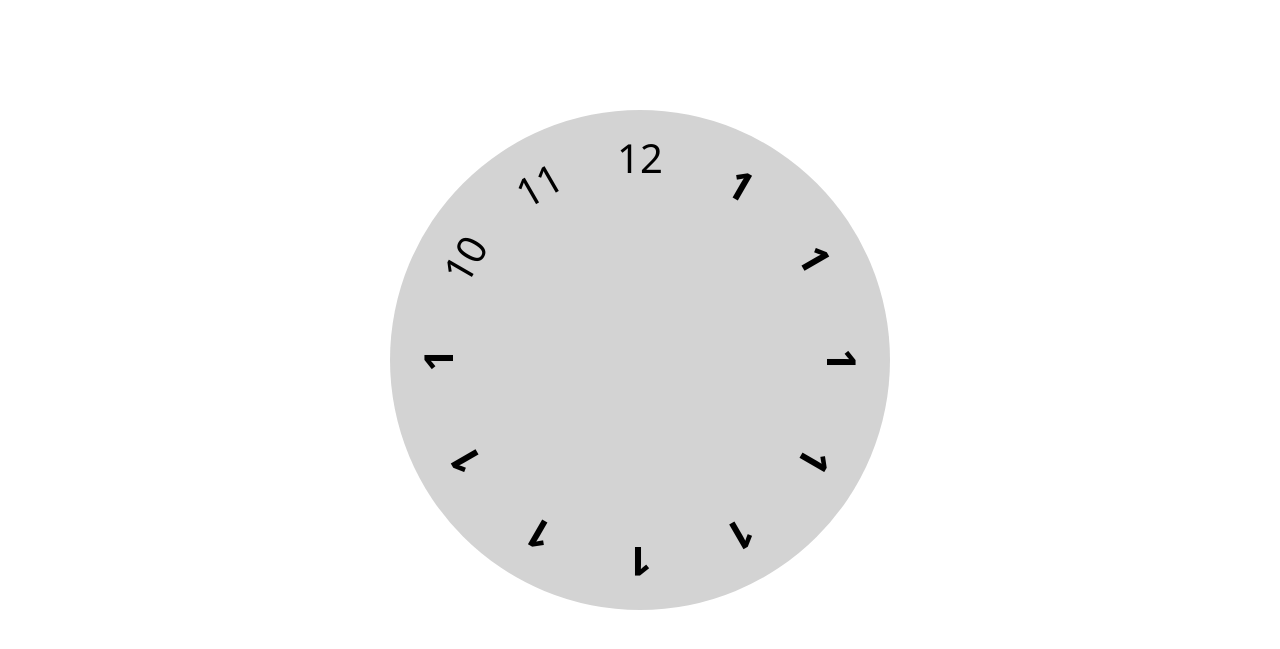
Repository: Suryansh-D/Cool-Clock
Page: index.html
An editor plug-in stored every save of this project. The page is shown before and after a run of saves, followed by the edit.
The browser window is 1280 px wide. The pictures show the whole page.

Above is the page before, as saved 2024-01-30 15:31:18.

After the next 3 saves:
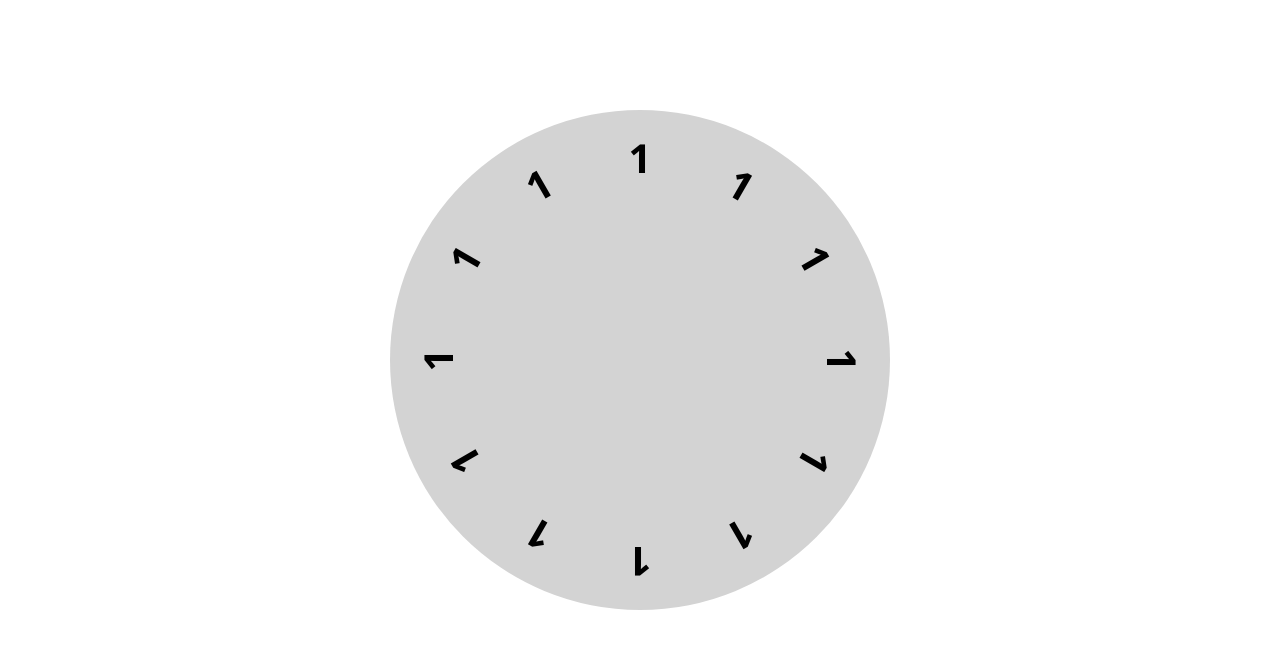
The 3 saves are shown as one change because they came seconds apart.
The last was saved 9 s later.
--- a/index.html
+++ b/index.html
@@ -15,9 +15,9 @@
         <div class="number" style="--n:7"><b>1</b></div>
         <div class="number" style="--n:8"><b>1</b></div>
         <div class="number" style="--n:9"><b>1</b></div>
-        <div class="number" style="--n:10">10</div>
-        <div class="number" style="--n:11">11</div>
-        <div class="number" style="--n:12">12</div>
+        <div class="number" style="--n:10"><b>1</b></div>
+        <div class="number" style="--n:11"><b>1</b></div>
+        <div class="number" style="--n:12"><b>1</b></div>
     </div>
       </div><script src="script.js"></script>
 </body>
